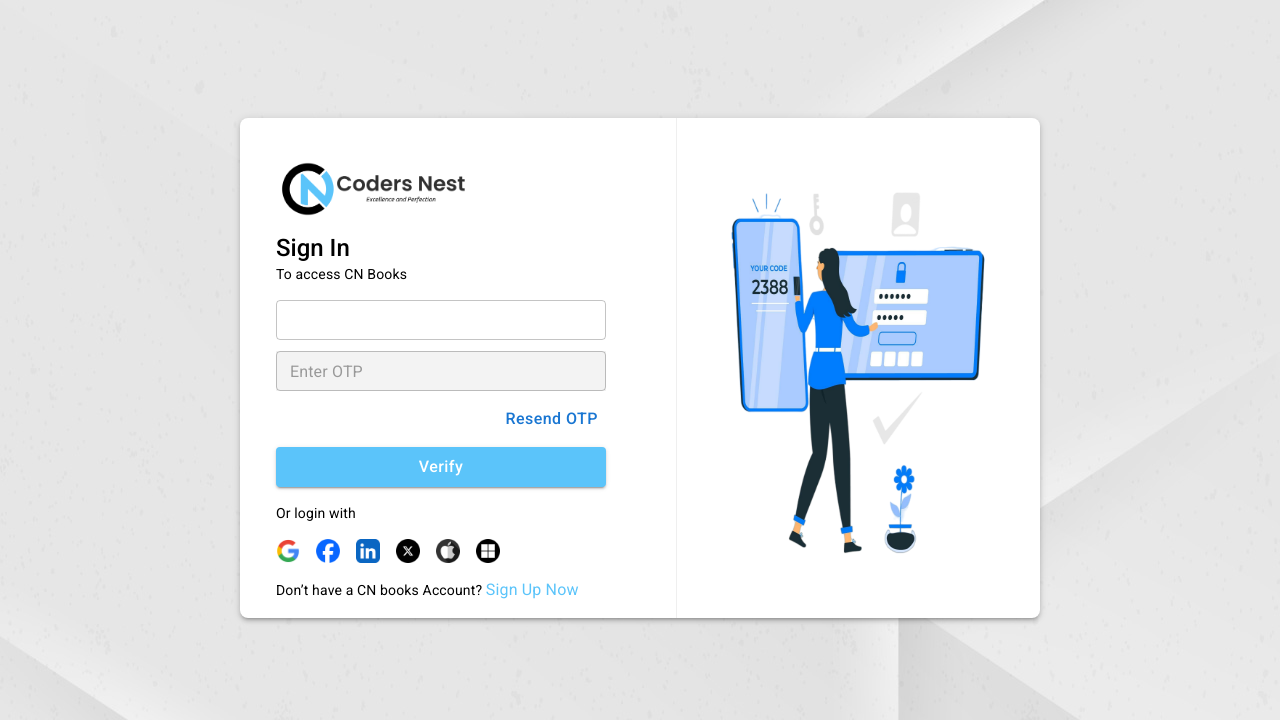
Repository: wajahadalishaik04/CN_Books
Page: /otpscreen
These files come from the project's save history. The page is drawn as it stood at one moment and after the next save; the edit follows.
The browser window is 1280 px wide. The pictures show the whole page.
The project was rebuilt for these pictures with package versions that can differ from the ones it lists, and the page was loaded fresh each time. Also part of the build but not shown: vite.config.js, src/pages/LoginScreen.jsx, src/pages/Signin.jsx, src/pages/SignUp.jsx, src/pages/VerifyScreen.jsx, src/components/Header.jsx, src/components/SideBar.jsx, src/components/Content.jsx and 7 more.

Above is the page before, as saved 2024-09-30 18:12:21.

After the next save:
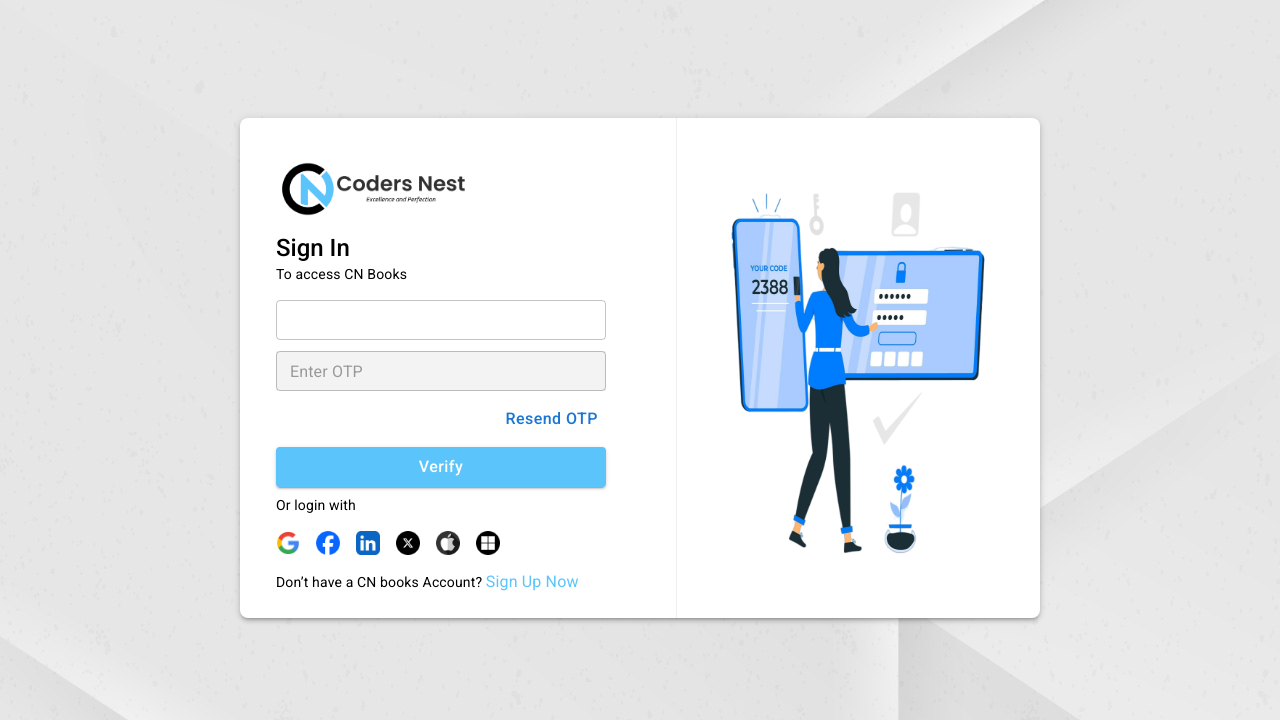
Saved 31 s later.
--- a/src/pages/OtpScreen.jsx
+++ b/src/pages/OtpScreen.jsx
@@ -186,7 +186,7 @@ const OtpScreen = () => {
             >
               Verify
             </Button>
-            <Typography variant="body2" color="#000000" mt={2}>
+            <Typography variant="body2" color="#000000" mt={1}>
               Or login with
             </Typography>
             {/* Social Icons */}
